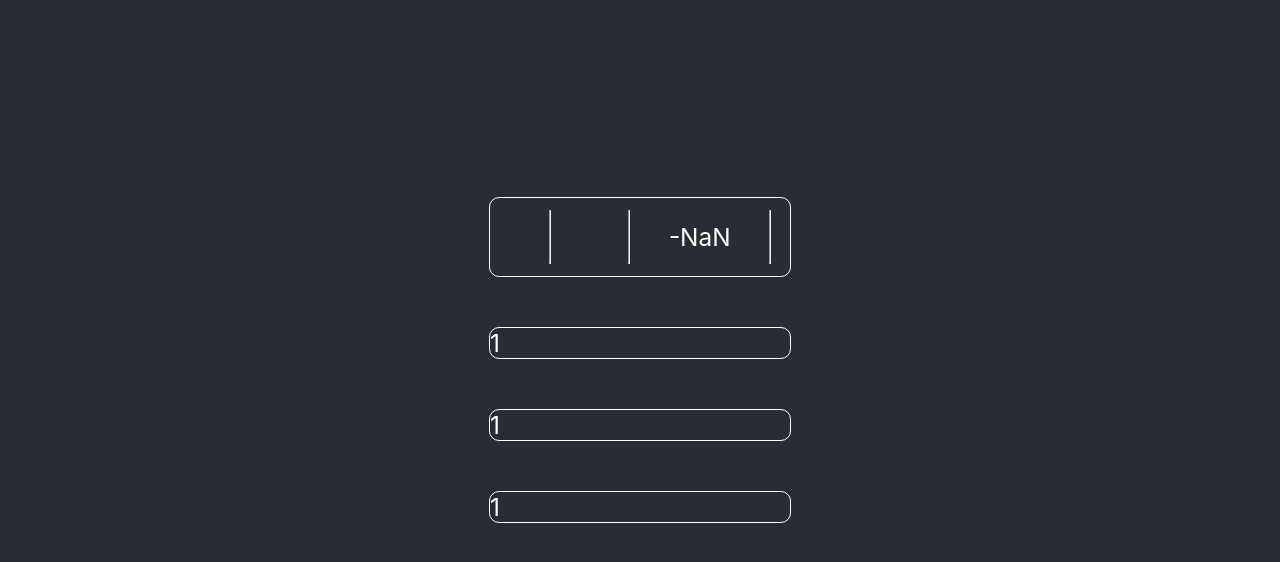
Repository: bandikost/capers
Page: /main
These files come from the project's save history. The page is drawn as it stood at one moment and after the next save; the edit follows.
The browser window is 1280 px wide. The pictures show the whole page.
The page's requests for data from a server got no answer. The project was rebuilt for these pictures with package versions that can differ from the ones it lists, and the page was loaded fresh each time. No one was signed in, and anything a server would have sent is missing.

Above is the page before, as saved 2023-04-10 11:51:51.

After the next save:
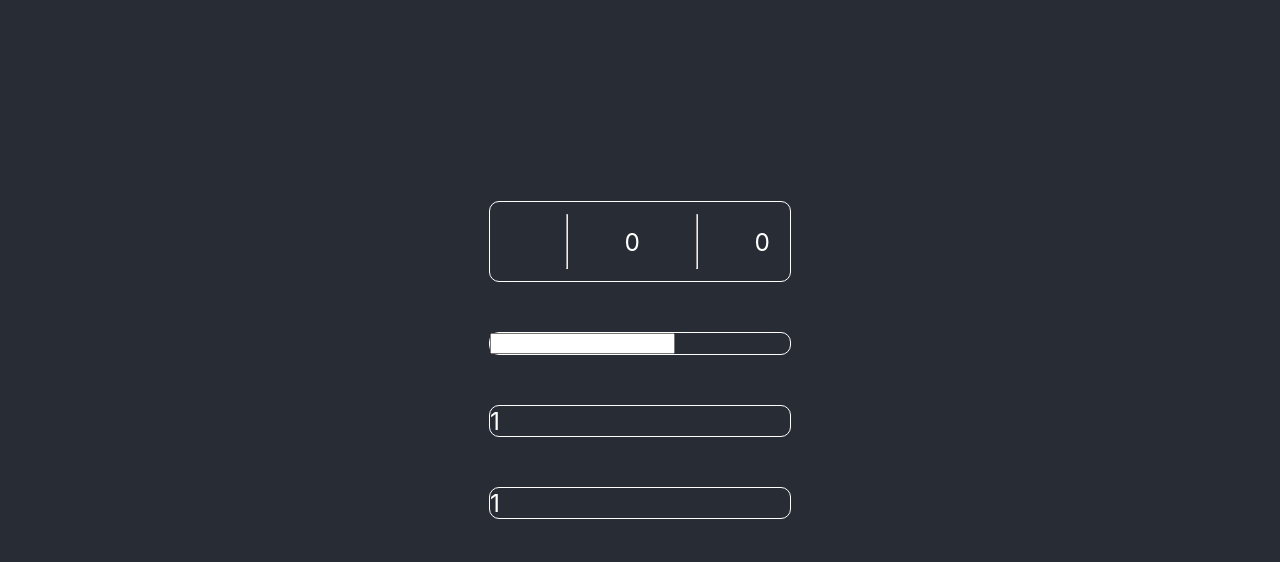
Saved 3 min 22 s later.
--- a/src/components/Main.jsx
+++ b/src/components/Main.jsx
@@ -1,25 +1,28 @@
-import React, { useState, useEffect } from 'react';
-import firebase from '../firebase';
+import React, { useState, useEffect } from "react";
+import firebase from "../firebase";
 
 export const Main = () => {
-  const [name, setName] = useState({});
-  const [balance, setBalance] = useState({});
-  const [lastBalance, setLastBalance] = useState(null);
+  const [name, setName] = useState("");
+  const [balance, setBalance] = useState(0);
+  const [lastBalance, setLastBalance] = useState(0);
 
   useEffect(() => {
-    const nameRef = firebase.database().ref('name');
-    nameRef.on('value', (snapshot) => {
-      const data = snapshot.val();
-      setName(data);
+    const nameRef = firebase.database().ref("name/user1");
+    nameRef.on("value", (snapshot) => {
+      setName(snapshot.val());
     });
+  }, []);
 
-    const balanceRef = firebase.database().ref('balance');
-    balanceRef.on('value', (snapshot) => {
-      const data = snapshot.val();
-      setBalance(data);
-      if (data && data.user1 !== undefined) {
-        setLastBalance(data.user1);
-      }
+  useEffect(() => {
+    const balanceRef = firebase.database().ref("balance/user1");
+    balanceRef.on("value", (snapshot) => {
+      const currentBalance = Number(snapshot.val());
+      const lastBalanceRef = firebase.database().ref("balance/lastBalance");
+      lastBalanceRef.once("value", (snapshot) => {
+        const lastBalance = Number(snapshot.val());
+        setLastBalance(lastBalance);
+        setBalance(currentBalance);
+      });
     });
   }, []);
 
@@ -27,7 +30,7 @@ export const Main = () => {
     const newValue = Number(event.target.value);
     const balanceRef = firebase.database().ref("balance/user1");
     balanceRef.transaction((currentBalance) => {
-      const lastBalanceRef = firebase.database().ref("lastBalance");
+      const lastBalanceRef = firebase.database().ref("balance/lastBalance");
       lastBalanceRef.once("value", (snapshot) => {
         const lastBalance = snapshot.val();
         const diff = newValue - (currentBalance || 0);
@@ -37,22 +40,23 @@ export const Main = () => {
     });
   };
 
-
   return (
-    <div className='table'>
-      <div className='cell'>
-        <p>{name.user1}</p>
+    <div className="table">
+      <div className="cell">
+        <p>{name}</p>
         <hr />
-        <p>{balance.user1}</p>
-<hr />
-<p>{balance.lastBalance >= 0 ? '+' : '-'}{Math.abs(balance.lastBalance)}</p>
-
+        <p>{balance}</p>
         <hr />
-
+        <p>
+          {lastBalance > 0 ? "+" : ""}
+          {lastBalance}
+        </p>
       </div>
-      <div className='cell'>1</div>
-      <div className='cell'>1</div>
-      <div className='cell'>1</div>
+      <div className="cell">
+        <input type="number" onChange={handleChange} />
+      </div>
+      <div className="cell">1</div>
+      <div className="cell">1</div>
     </div>
   );
 };
